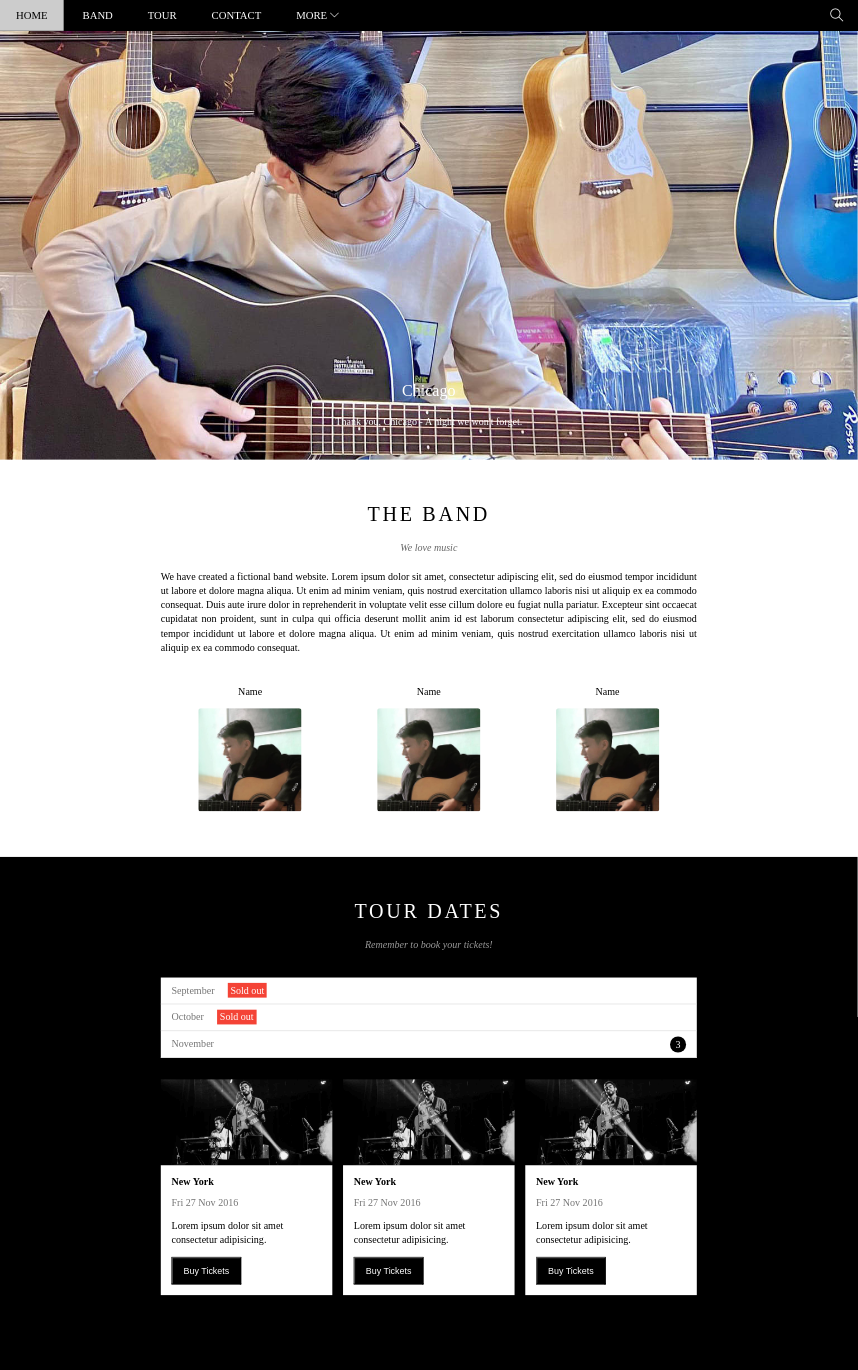
Repository: quochung2k3/Web-Team
Page: index.html
An editor plug-in stored every save of this project. The page is shown before and after a run of saves, followed by the edit.
The browser window is 1280 px wide. The pictures show the whole page, at 67% of full size.

Above is the page before, as saved 2023-08-14 21:39:24.

After the next 2 saves:
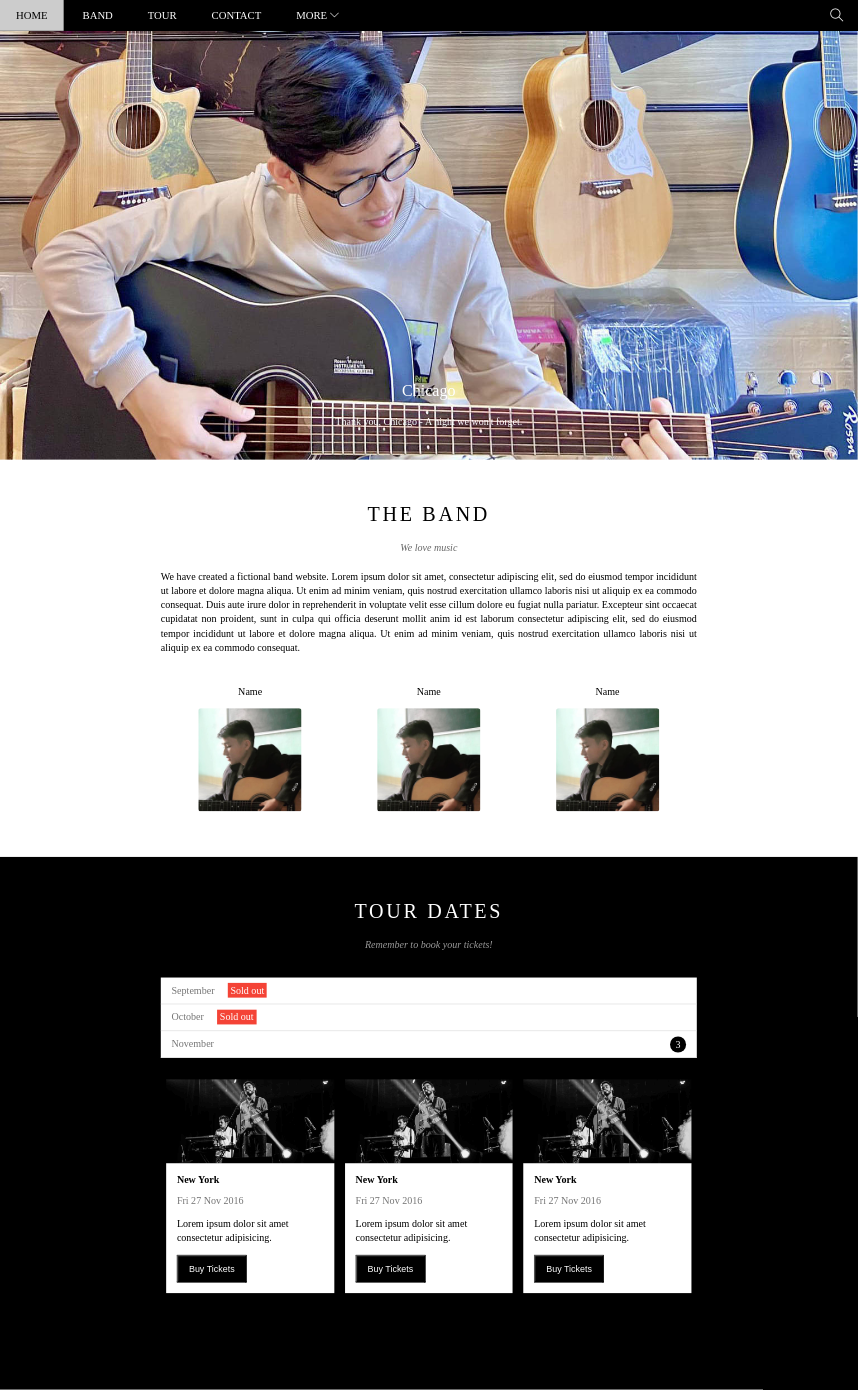
The 2 saves are shown as one change because they came seconds apart.
The last was saved 24 s later.
--- a/assets/css/style.css
+++ b/assets/css/style.css
@@ -230,7 +230,7 @@
 }
 
 .places-List {
-    margin: 32px -8px 0;
+    margin: 32px 0;
     padding-bottom: 48px;
 }
 

After the 2 saves that followed:
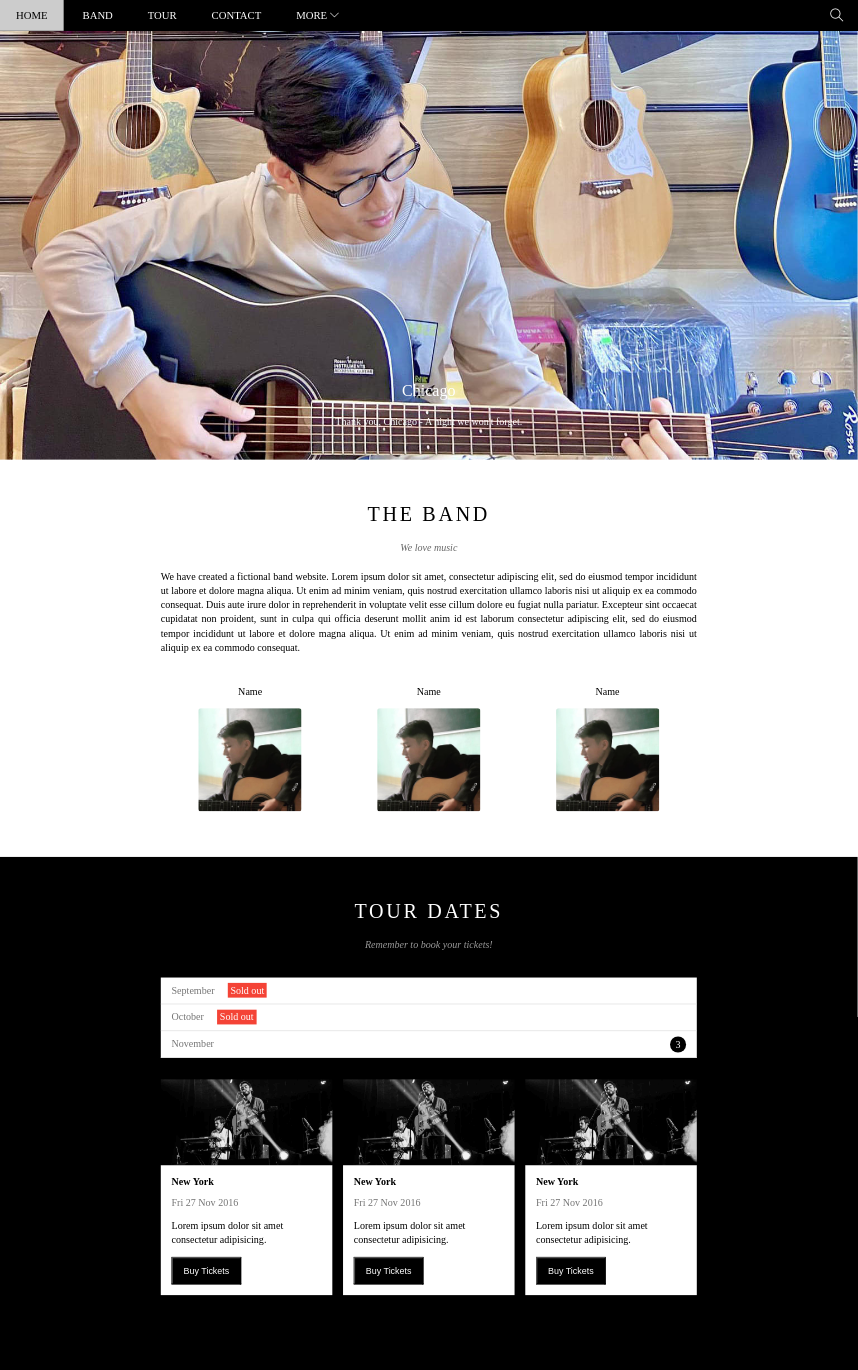
The 2 saves are shown as one change because 1 left the picture as it was.
The last was saved 71 s later.
--- a/index.html
+++ b/index.html
@@ -74,7 +74,7 @@
                         <li>October <span class="sold-out">Sold out</span></li>
                         <li>November <span class="quantity">3</span></li>
                     </ul>
-                    <div class="places-List">
+                    <div class="row places-List">
                         <div class="place-items">
                             <img src="./assets/img/slider1.jpg" alt="New York" class="place-img">
                             <div class="place-body">
--- a/assets/css/style.css
+++ b/assets/css/style.css
@@ -230,8 +230,8 @@
 }
 
 .places-List {
-    margin: 32px 0;
-    padding-bottom: 48px;
+    margin-top: 32px;
+    margin-bottom: 48px;
 }
 
 .place-items {
